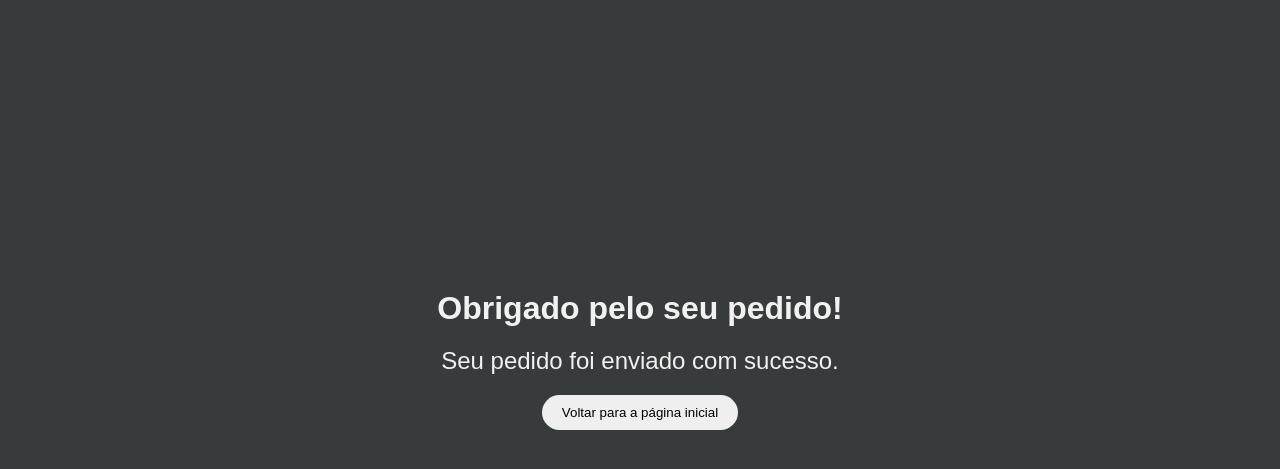
Repository: Marinalr-25/Projeto-Aparelhos-de-Academia
Page: thanks.html
The author's editor kept a copy of each file at every save. The page is drawn from the files as they stood at one save, then again after the next save.
The browser window is 1280 px wide. The pictures show the whole page.

Above is the page before, as saved 2025-01-14 14:16:11.

After the next save:
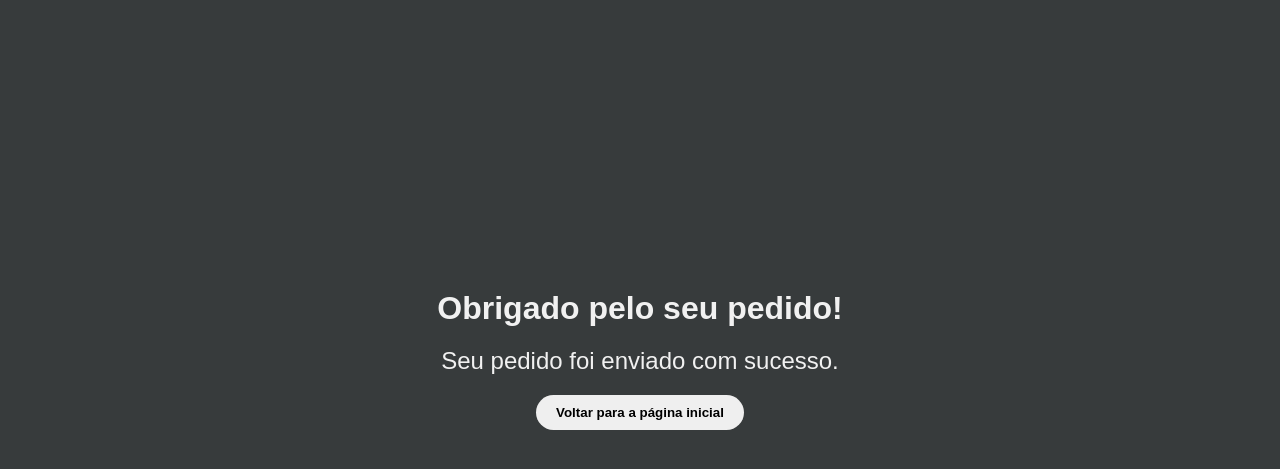
Saved 10 s later.
--- a/css/thanks.css
+++ b/css/thanks.css
@@ -32,4 +32,5 @@ body {
   border: none;
   padding: 1rem 2rem;
   border-radius: 5rem;
+  font-weight: 600;
 }
